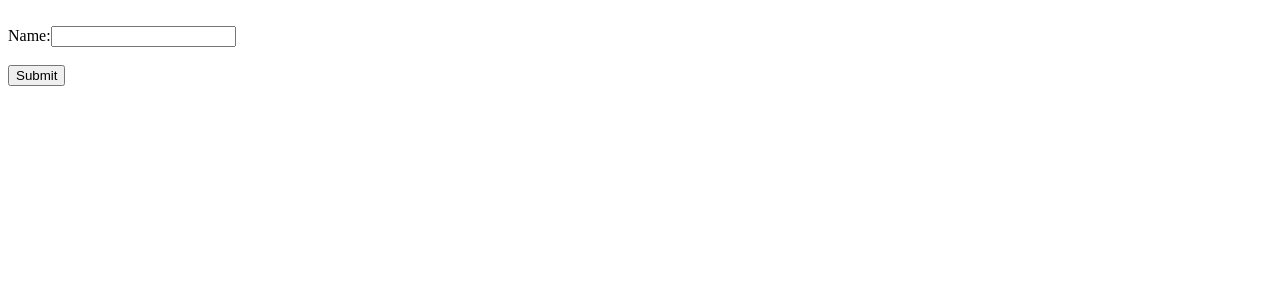
Repository: ayush-ayushman/Servlet-Project
Page: UrlRwriting/src/main/webapp/index.html
An editor plug-in stored every save of this project. The page is shown before and after the next save, followed by the edit.
The browser window is 1280 px wide. The pictures show the whole page.

Above is the page before, as saved 2023-10-05 16:13:33.

After the next save:
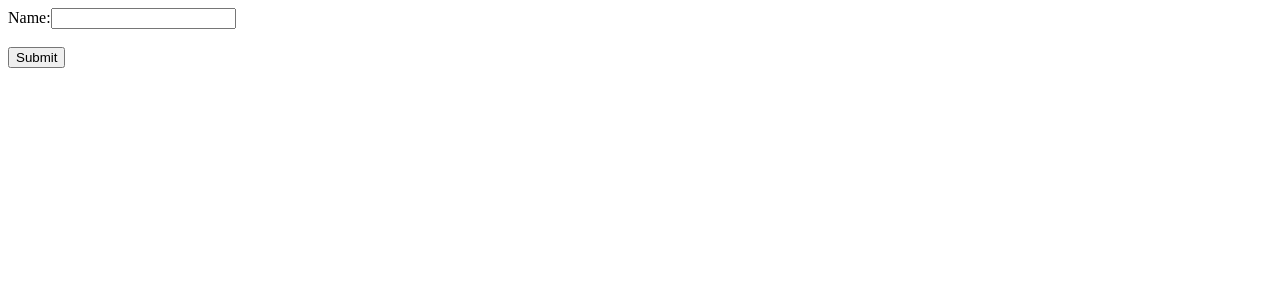
Saved 30 s later.
--- a/UrlRwriting/src/main/webapp/index.html
+++ b/UrlRwriting/src/main/webapp/index.html
@@ -4,7 +4,7 @@
 <meta charset="UTF-8">
 <title>Insert title here</title>
 </head>
-<br>
+<body>
 Name:<input type="text" name="nm"/>
      <br></br>
      <input type="submit"/>

After the save that followed:
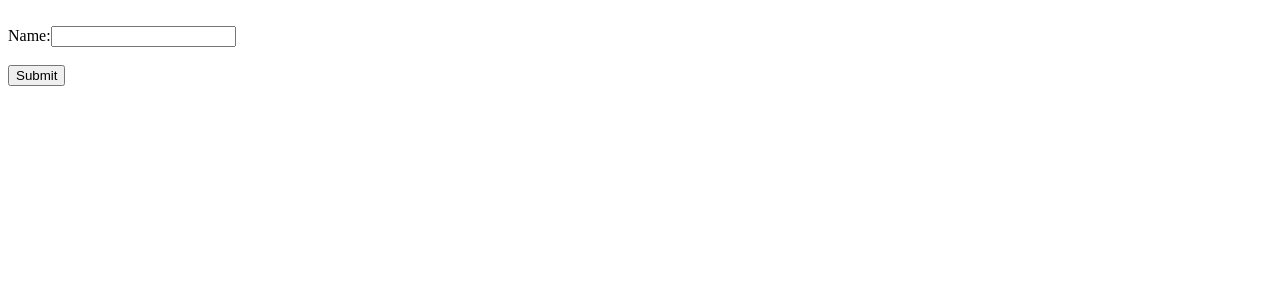
Saved 42 s later.
--- a/UrlRwriting/src/main/webapp/index.html
+++ b/UrlRwriting/src/main/webapp/index.html
@@ -5,8 +5,11 @@
 <title>Insert title here</title>
 </head>
 <body>
+<br>
 Name:<input type="text" name="nm"/>
      <br></br>
      <input type="submit"/>
+     <br></br>
 </body>
+</form>
 </html>
